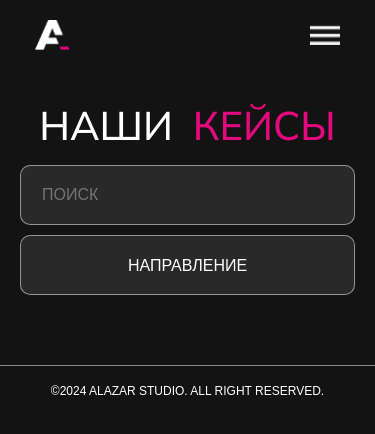
Repository: AlazarStudio/alazar_studio
Page: /cases
An editor plug-in stored every save of this project. The page is shown before and after the next save, followed by the edit.
The browser window is 375 px wide. The pictures show the whole page.
The page's requests for data from a server got no answer. The project was rebuilt for these pictures with package versions that can differ from the ones it lists, and the page was loaded fresh each time. No one was signed in, and anything a server would have sent is missing. Also part of the build but not shown: vite.config.js, src/Components/Pages/Non_Found_Page.jsx, src/Components/Standart/CenterBlock/CenterBlock.module.css, src/Components/Standart/CenterBlock/CenterBlock.jsx, src/Components/Standart/WidthBlock/WidthBlock.module.css, src/Components/Standart/WidthBlock/WidthBlock.jsx, src/Components/Pages/HomePage/HomePage.module.css, src/Components/Pages/HomePage/HomePage.jsx and 13 more.

Above is the page before, as saved 2025-05-06 16:44:14.

After the next save:
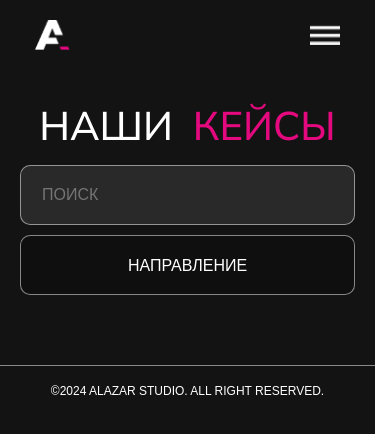
Saved 8 s later.
--- a/src/Components/Pages/CasesPage/CasesPage.module.css
+++ b/src/Components/Pages/CasesPage/CasesPage.module.css
@@ -228,7 +228,7 @@
     width: 100%;
     height: 60px;
     border: 1px solid rgba(255, 255, 255, 0.5); /* полупрозрачная белая граница */
-    background-color: rgba(128, 128, 128, 0.2); /* полупрозрачный серый фон */
+    background-color: rgba(0, 0, 0, 0.2); /* полупрозрачный серый фон */
     padding: 21px;
     color: #fff;
     border-radius: 10px;
